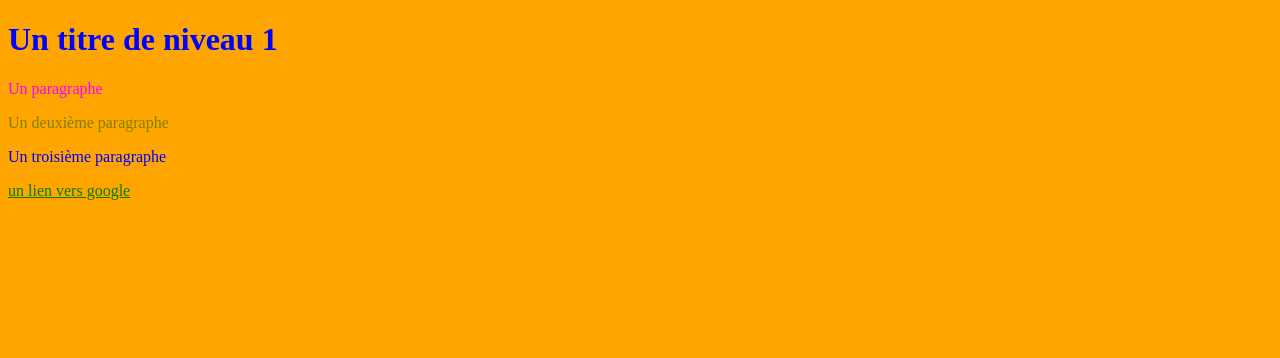
Repository: serviceshuios/Git-Aix-Web
Page: bases-html-css/WebContent/index.html
These files come from the project's save history. The page is drawn as it stood at one moment and after the next save; the edit follows.
The browser window is 1280 px wide. The pictures show the whole page.

Above is the page before, as saved 2018-10-22 14:08:05.

After the next save:
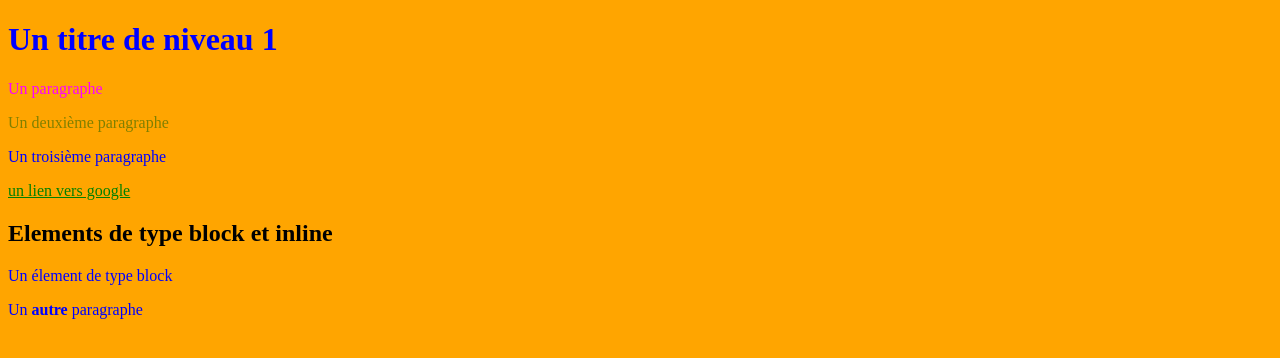
Saved 24 min 6 s later.
--- a/bases-html-css/WebContent/index.html
+++ b/bases-html-css/WebContent/index.html
@@ -11,5 +11,8 @@
 		<p class="maClasse">Un deuxième paragraphe</p>
 		<p> Un troisième paragraphe</p>
 		<a href="http://www.google.fr">un lien vers google</a>
+		<h2>Elements de type block et inline</h2>
+		<p> Un élement de type block</p>
+		<p> Un <strong> autre </strong> paragraphe</p>
 	</body>
 </html>
